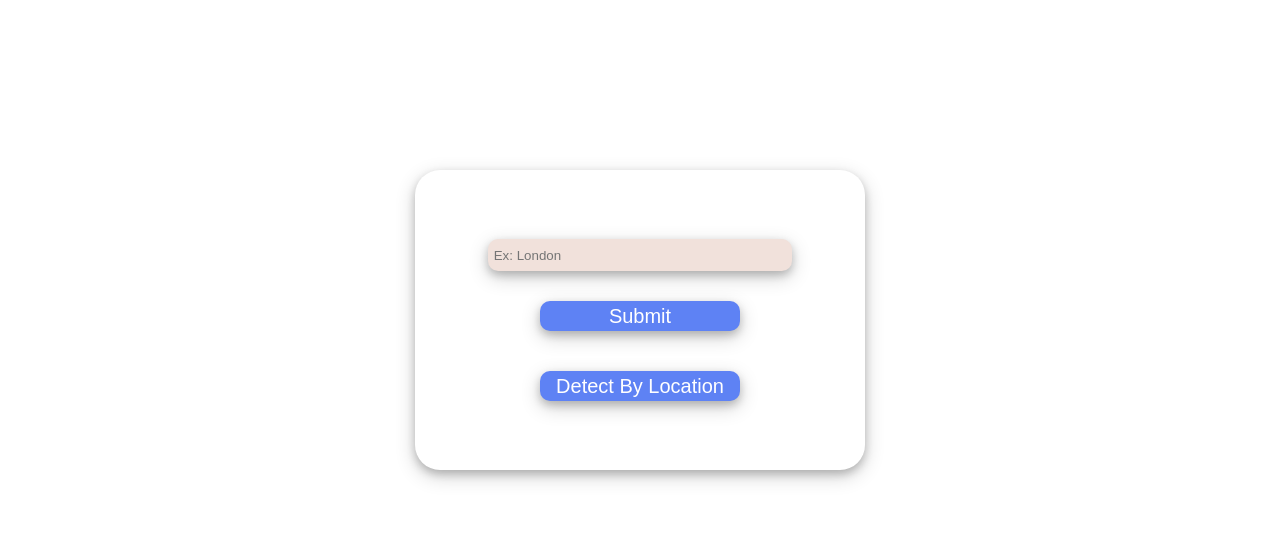
Repository: ahmedazawi/weather-app
Page: /
An editor plug-in stored every save of this project. The page is shown before and after the next save, followed by the edit.
The browser window is 1280 px wide. The pictures show the whole page.
The pointer rests on the first visible `.App`.
The project was rebuilt for these pictures with package versions that can differ from the ones it lists, and the page was loaded fresh each time. Also part of the build but not shown: src/layout/Header.js, src/assets/css/details.css, src/assets/data/ContextApi.js, src/assets/css/SevenDaysCards.css, src/components/card.js, src/components/SevenDaysCards.js, src/assets/data/Api.js, src/components/Map.js and 2 more.

Above is the page before, as saved 2022-11-30 22:54:36.

### src/App.js
import React, { useState, useEffect } from "react";
import "./App.css";
import Header from "./layout/Header";
import Details from "./components/Details";

import Store from "./assets/data/Store";
function App() {
  const [lat, setLat] = useState();
  const [long, setLong] = useState();
  const [located, setLocated] = useState(false);
  const [cityName, setCityName] = useState("");
  const [subCity, setSubCity] = useState();

  const inputHandler = (event) => {
    setCityName(event.target.value);
  };
  const clickHandler = () => {
    setSubCity(cityName);
  };
  const geolocationAPI = navigator.geolocation;
  const getUserCoordinates = () => {
    if (!geolocationAPI) {
      console.log("Geolocation API is not available in your browser!");
    } else {
      geolocationAPI.getCurrentPosition(
        (position) => {
          const { coords } = position;
          setLat(coords.latitude);
          setLong(coords.longitude);
          setLocated(true);
        },

        (error) => {
          console.log("Something went wrong getting your position!");
        }
      );
    }
  };

  if (!subCity && !located) {
    return (
      <div className="app-body">
        <div className="App">
          <div>
            <input
              type="text"
              className="form-control"
              name="cityName"
              onChange={inputHandler}
              value={cityName}
              placeholder=" Ex: London"
            />
            <button onClick={clickHandler} className="btn">
              Submit
            </button>
          </div>
          <button className="btn" onClick={getUserCoordinates}>
            Detect By Location
          </button>
        </div>
      </div>
    );
  }
  console.log(located);
  return (
    <div>
      <Header />
      <Store located={located} lat={lat} long={long} city={subCity}>
        <Details />
      </Store>
    </div>
  );
}

export default App;

### src/App.css
body {
  --primaryColor: #5e82f4;
  --secondaryColor: #ffffff;
  --borderRadius: 25px;
}

.nav {
  display: flex;
  align-items: center;
  height: 55px;
  background-color: var(--primaryColor);
}
.app-body {
  height: 100%;
  width: 100%;
  margin-top: 170px;
  display: flex;
  align-items: center;
  justify-content: center;
}
.App {
  display: flex;
  flex-direction: column;
  align-items: center;
  justify-content: center;
  height: 300px;
  width: 450px;
  background-color: var(--secondaryColor);
  gap: 40px;
  border-radius: var(--borderRadius);

  -moz-box-shadow: 0 4px 8px 0 rgba(0, 0, 0, 0.2),
    0 6px 20px 0 rgba(0, 0, 0, 0.19);
  -o-box-shadow: 0 4px 8px 0 rgba(0, 0, 0, 0.2),
    0 6px 20px 0 rgba(0, 0, 0, 0.19);
  -webkit-box-shadow: 0 4px 8px 0 rgba(0, 0, 0, 0.2),
    0 6px 20px 0 rgba(0, 0, 0, 0.19);
  box-shadow: 0 4px 8px 0 rgba(0, 0, 0, 0.2), 0 6px 20px 0 rgba(0, 0, 0, 0.19);
  -moz-transition: all 0.4s ease-in-out;
  -o-transition: all 0.4s ease-in-out;
  -webkit-transition: all 0.4s ease-in-out;
  transition: all 0.4s ease-in-out;
}
.App > div {
  display: flex;
  flex-direction: column;
  align-items: center;
  gap: 30px;
}
.App .btn {
  border: none;
  border-radius: 10px;
  color: var(--secondaryColor);
  background-color: var(--primaryColor);
  height: 30px;
  width: 200px;
  font-size: 20px;

  -moz-box-shadow: 0 4px 8px 0 rgba(0, 0, 0, 0.2),
    0 6px 20px 0 rgba(0, 0, 0, 0.19);
  -o-box-shadow: 0 4px 8px 0 rgba(0, 0, 0, 0.2),
    0 6px 20px 0 rgba(0, 0, 0, 0.19);
  -webkit-box-shadow: 0 4px 8px 0 rgba(0, 0, 0, 0.2),
    0 6px 20px 0 rgba(0, 0, 0, 0.19);
  box-shadow: 0 4px 8px 0 rgba(0, 0, 0, 0.2), 0 6px 20px 0 rgba(0, 0, 0, 0.19);
  -moz-transition: all 0.4s ease-in-out;
  -o-transition: all 0.4s ease-in-out;
  -webkit-transition: all 0.4s ease-in-out;
  transition: all 0.4s ease-in-out;
}
.App .btn:hover {
  -moz-box-shadow: 0 14px 18px 0 rgba(0, 0, 0, 0.2),
    0 16px 30px 0 rgba(0, 0, 0, 0.19);
  -o-box-shadow: 0 14px 18px 0 rgba(0, 0, 0, 0.2),
    0 16px 30px 0 rgba(0, 0, 0, 0.19);
  -webkit-box-shadow: 0 14px 18px 0 rgba(0, 0, 0, 0.2),
    0 16px 30px 0 rgba(0, 0, 0, 0.19);
  box-shadow: 0 14px 18px 0 rgba(0, 0, 0, 0.2),
    0 16px 30px 0 rgba(0, 0, 0, 0.19);
  cursor: pointer;
}
.App .form-control {
  background-color: #f1e1db;
  border: none;
  border-radius: 10px;
  height: 30px;
  width: 300px;

  -moz-box-shadow: 0 4px 8px 0 rgba(0, 0, 0, 0.2),
    0 6px 20px 0 rgba(0, 0, 0, 0.19);
  -o-box-shadow: 0 4px 8px 0 rgba(0, 0, 0, 0.2),
    0 6px 20px 0 rgba(0, 0, 0, 0.19);
  -webkit-box-shadow: 0 4px 8px 0 rgba(0, 0, 0, 0.2),
    0 6px 20px 0 rgba(0, 0, 0, 0.19);
  box-shadow: 0 4px 8px 0 rgba(0, 0, 0, 0.2), 0 6px 20px 0 rgba(0, 0, 0, 0.19);
  -moz-transition: all 0.4s ease-in-out;
  -o-transition: all 0.4s ease-in-out;
  -webkit-transition: all 0.4s ease-in-out;
  transition: all 0.4s ease-in-out;
}
.App .form-control:hover {
  -moz-box-shadow: 0 14px 18px 0 rgba(0, 0, 0, 0.2),
    0 16px 30px 0 rgba(0, 0, 0, 0.19);
  -o-box-shadow: 0 14px 18px 0 rgba(0, 0, 0, 0.2),
    0 16px 30px 0 rgba(0, 0, 0, 0.19);
  -webkit-box-shadow: 0 14px 18px 0 rgba(0, 0, 0, 0.2),
    0 16px 30px 0 rgba(0, 0, 0, 0.19);
  box-shadow: 0 14px 18px 0 rgba(0, 0, 0, 0.2),
    0 16px 30px 0 rgba(0, 0, 0, 0.19);
  cursor: pointer;
}

Loaded but not shown: public/index.html (common file); src/index.js (common file); src/index.css (common file); public/manifest.json (common file)

After the next save:
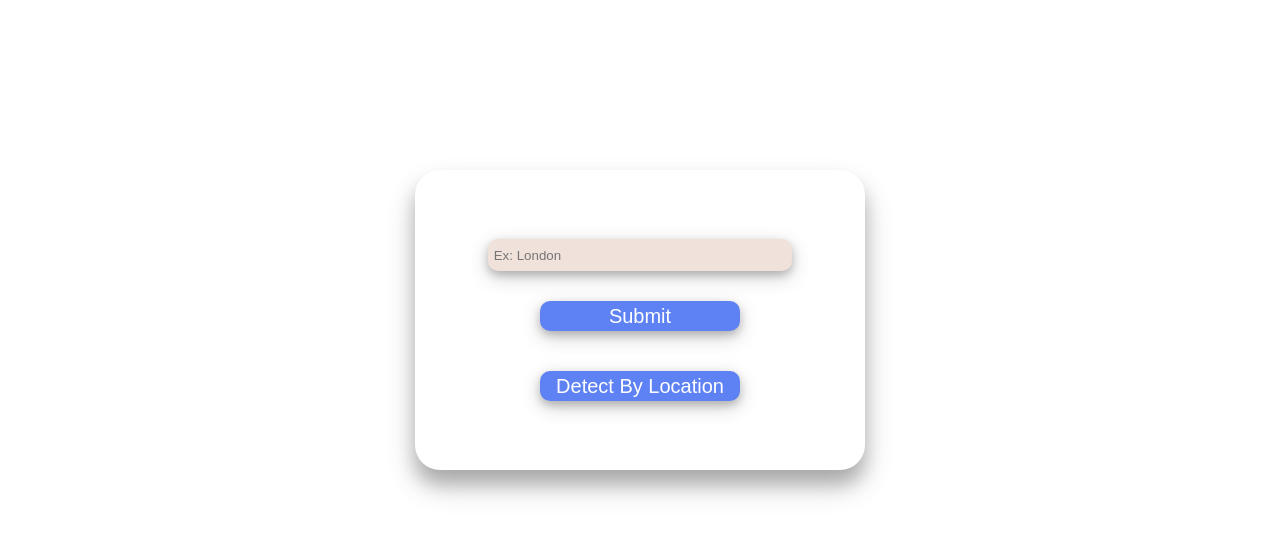
Saved 54 s later.
--- a/src/App.css
+++ b/src/App.css
@@ -40,6 +40,16 @@ body {
   -o-transition: all 0.4s ease-in-out;
   -webkit-transition: all 0.4s ease-in-out;
   transition: all 0.4s ease-in-out;
+}
+.App:hover {
+  -moz-box-shadow: 0 14px 18px 0 rgba(0, 0, 0, 0.2),
+    0 16px 30px 0 rgba(0, 0, 0, 0.19);
+  -o-box-shadow: 0 14px 18px 0 rgba(0, 0, 0, 0.2),
+    0 16px 30px 0 rgba(0, 0, 0, 0.19);
+  -webkit-box-shadow: 0 14px 18px 0 rgba(0, 0, 0, 0.2),
+    0 16px 30px 0 rgba(0, 0, 0, 0.19);
+  box-shadow: 0 14px 18px 0 rgba(0, 0, 0, 0.2),
+    0 16px 30px 0 rgba(0, 0, 0, 0.19);
 }
 .App > div {
   display: flex;
